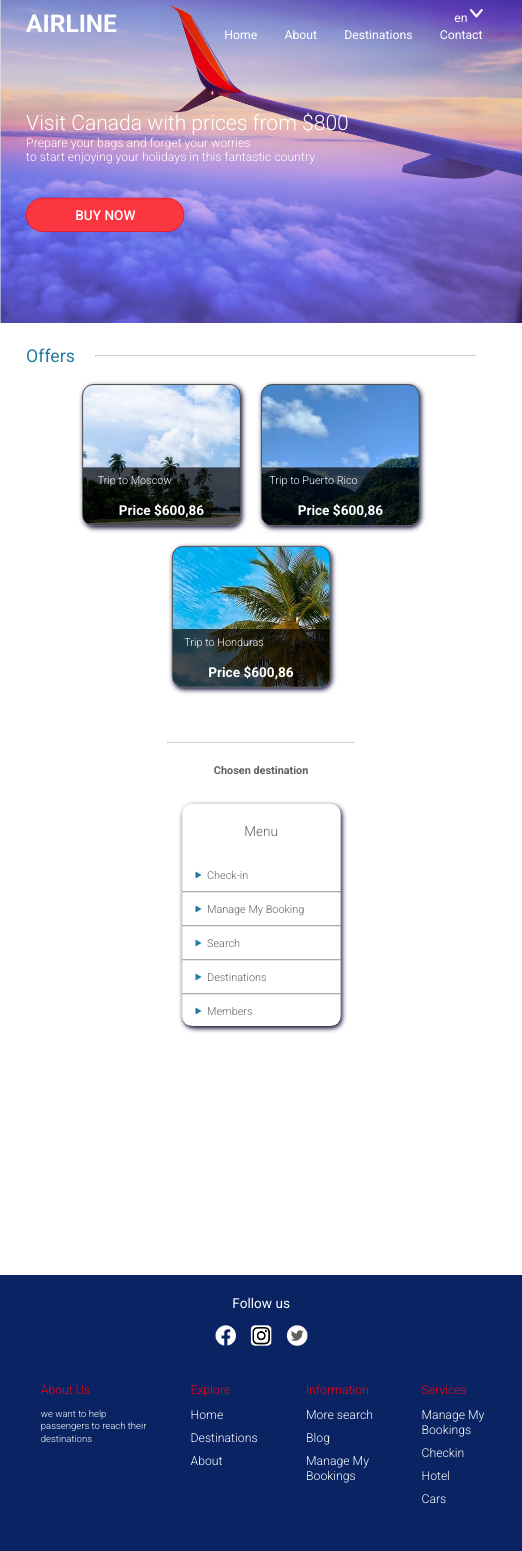
Repository: Cherced/AIRLINES
Page: /
An editor plug-in stored every save of this project. The page is shown before and after the next save, followed by the edit.
The browser window is 768 px wide. The pictures show the whole page, at 68% of full size.
The project was rebuilt for these pictures with package versions that can differ from the ones it lists, and the page was loaded fresh each time. The framework's server and built-in components were replaced by stand-ins that run in the browser. Also part of the build but not shown: components/atoms/BannerStaff/Modal/SelectIdioms.jsx.

Above is the page before, as saved 2022-07-11 13:40:15.

### pages/_app.js
import '../sass/global.scss'
import {MenuFloatContextProvider} from "../components/atoms/BannerStaff/FloatMenuContext"

// componente app, desde donde se instancian los demas componentes, infuenciado por un contexto de manejo de estado o fuente de verdad de el menu de idiomas

function MyApp({ Component, pageProps }) {
    return<MenuFloatContextProvider>
            <Component {...pageProps} />
          </MenuFloatContextProvider>
}

  export default MyApp

### sass/global.scss
@import "./settings";
@import "./Elements/banner";
@import "./Elements/offerts";
@import "./Elements/footer";

/* el proyecto usa el patron de diseño atomico, en ese mismo orden de ideas los
estilos estan dividios todos por componetes atomicos, y moleculas, por ultimos lanzados aqui en
la pagina principal que es la que se llamaria el organismo
*/

### components/molecules/Banner.jsx
import React from 'react'
import { Header } from '../atoms/BannerStaff/Header'
import { Promotion } from '../atoms/BannerStaff/Promotion'

// componente de tipo molecula en el que se implementan dos atomos para conformar el banner de la pagina

export const Banner = () => {
  return (
    <section className="banner">
        <Header/>
        <Promotion/>
    </section>
  )
}

### components/molecules/Offers.jsx
import React from 'react'
import {TripsOffer} from '../atoms/Offerts/TripsOffer'
import { Menu } from '../atoms/Offerts/Menu'

// componente de tipo molecula el cual agrupa la seccion principal de la pagina y en el se renderizan promos y demas

export const Offers = () => {
  return (
    <main className="offers__container">
    <div className="offers__textContainer" aria-label='Offers'>
        <h1 className="offers__textContainer--text" >Offers</h1> <hr className="offers__textContainer--titleLine" />
    </div>
    <section className="offers__section">
        <div className="offers__section--container" aria-label="container">
        <TripsOffer/>
        <hr className="offers__section--line"/>
        <h2 className="offers__section--title">Chosen destination</h2>
        </div>
        <Menu/>
    </section>
    </main>
  )
}

### components/molecules/Footer.jsx
import React from 'react'
import { SocialMedia } from '../atoms/Footer/SocialMedia'
import { MoreToUs } from '../atoms/Footer/MoreToUs'

//componente de tipo molecula que agrupa dos mas para conformar el footer de la aplicacion

export const Footer = () => {
  return (
    <footer className="Footer--Container">
        <SocialMedia/>
        <MoreToUs/>
    </footer>
  )
}

### components/atoms/BannerStaff/FloatMenu.jsx
import React from 'react'
import Link from 'next/link'
import { useMenuFloatContext} from './FloatMenuContext'


// componente de tipo atomo para el montaje de un menu que consta de las mismas 4 opciones de el nav original del hedeader, este esta abstraido de posicion y oculto sobre la pagina principal
// mediante un cambio de estado se desplaza de arriba hacia abajo
// se utiliza un patron de contexto o HOOK useContext, para comunicar la fuente de verdad... en este caso el estado del menu de idiomas


export const FloatMenu = () => {
    const {menu, setMenu} = useMenuFloatContext();
  return (
    <menu className={ menu? ("floatMenu--Container on"):("floatMenu--Container off")}>
        <nav className="floatMenu__nav">
        <button className="floatMenu--btn" onClick={() => setMenu(false)}>
            <img className="floatMenu--image" src="images/arrow-down.png" alt="arrowBack"/>
        </button>
            <ul className="floatMenu__list">
                <li className="floatMenu__list--item">
                <Link href="https://www.newshore.es/">
                    <a className="floatMenu__item--ancord">Home</a>
                </Link>
                    </li>
                <li className="floatMenu__list--item">
                <Link href="https://www.newshore.es/">
                    <a className="floatMenu__item--ancord">About</a>
                </Link>
                    </li>
                <li className="floatMenu__list--item">
                <Link href="https://www.newshore.es/">
                    <a className="floatMenu__item--ancord">Destinations</a>
                </Link>
                    </li>
                <li className="floatMenu__list--item">
                <Link href="https://www.newshore.es/">
                    <a className="floatMenu__item--ancord">Contact</a>
                </Link>
                </li>
            </ul>
        </nav>
    </menu>
  )
}

### sass/_settings.scss
//fonts:
@import url('https://fonts.googleapis.com/css2?family=Inter:wght@100;200;300;500;600;700;800;900&family=Roboto:ital,wght@0,100;0,300;0,400;0,500;0,700;0,900;1,100;1,300;1,400;1,500;1,700;1,900&display=swap');

$preSetFont: 'Roboto', sans-serif;

*{
    box-sizing: border-box;
    margin: 0;
    padding: 0;
}

// este es el archivo de configuracion.

### sass/Elements/_banner.scss
@import "../components/Banner/header";
@import "../components/Banner/floatMenu";
@import "../components/Banner/promotion";
@import "../components/Banner/modalIdioms";

.banner {
    height: 475px;
    width: 100%;
    background-image: url("../../public/images/plane.jpg");
    background-size: cover;
    background-repeat: no-repeat;
    display: flex;
    flex-direction: column;
    align-items: center;
}

.idioms--menu {
    margin-top: 7px;
    z-index: 3;
    position: absolute;
    left: calc(100% - 130px);
    display: flex;

    .arrowButton--Modal {
        background: transparent;
        border: none;
        text-align: left;
        font: normal normal 400 18px/22px Roboto;
        letter-spacing: 0px;
        color: #FFFFFF;
        opacity: 1;
    }

    .menu-image {
        width: 25px;
        height: 25px;
    }
    .menu-Btn{
        display: none;
    }



}

.onn {

    .arrowImg--Modal {
        width: 25px;
        height: 25px;
        transform: rotate(180deg);
        transition: all 0.5s ease-in;
    }

}


.offf {

    .arrowImg--Modal{
        width: 25px;
        height: 25px;
        transform: rotate(-360deg);
        transition: all 0.5s ease-in;
    }

}

@media screen and (max-width: 768px) {
    .idioms--menu{
        left: calc(100% - 100px);
    }
}


@media screen and (max-width: 540px) {
    .idioms--menu{
        margin-top: 15px;
        left: calc(100% - 100px);
        .menu-Btn{
            display: block;
            margin-left: 15px;
            background: transparent;
            border: none;
        }

    }
}


@media screen and (max-width: 425px) {
    .idioms--menu{
        left: calc(100% - 100px);
    }
}

### sass/components/Banner/_floatMenu.scss
// estilos para el menu mobile

.floatMenu--Container {
    width: 100%;
    height: 100vh;
    z-index: 10;

    .floatMenu__nav {
        background: #FB3640;
        width: 100%;
        height: 100%;

        .floatMenu--btn {
            width: 45px;
            height: 45px;
            position: absolute;
            margin-top: 40px;
            left: calc(100% - 80px);
            background: transparent;
            text-align: left;
            font-family: "Roboto", sans-serif;
            font-size: 31px;
            font-weight: 300;
            letter-spacing: 0px;
            opacity: 1;
            color: white;
            border-radius: 60px;
            display: flex;
            align-items: center;
            justify-content: center;

            .floatMenu--image {
                width: 30px;
                height: 30px;
                transform: rotate(-90deg);
            }
        }

        .floatMenu__list {
            display: flex;
            flex-direction: column;
            align-items: center;
            list-style: none;
            width: 100%;
            height: 100%;
            justify-content: space-evenly;

            .floatMenu__list--item {
                width: 100%;
                height: 50px;
                display: flex;
                align-items: center;
                justify-content: center;

                .floatMenu__item--ancord {
                    text-decoration: none;
                    text-align: left;
                    font-family: "Roboto", sans-serif;
                    font-size: 31px;
                    font-weight: 300;
                    letter-spacing: 0px;
                    opacity: 1;
                    color: white;
                }

                a:hover {
                    border-bottom: 2px solid white;
                }
            }
        }
    }

}

.off {
    position: absolute;
    top: -1200px;
    transition: all 1s ease-in
}

.on {
    position: absolute;
    top: 0;
    transition: all 1s ease-in
}

@media screen and (min-width: 550px) {
    .floatMenu--Container {
        display: none;
    }
}

### sass/components/Banner/_modalIdioms.scss
//estilos para el modal de idiomas

.Modal__Idioms {
    background-color: rgba(0, 0, 0, 0.5);
    display: flex;
    justify-content: center;
    align-items: center;
    box-shadow: 0px 10px 10px rgba(0, 0, 0, 8.5);
    position: fixed;
    top: -10px;
    left: -10px;
    right: -10px;
    bottom: -10px;

    .Modal__List {
        position: absolute;
        top: 55px;
        left: calc(100% - 260px);
        width: 145px;
        height: 110px;
        background: white;
        display: flex;
        flex-direction: column;
        align-items: center;
        justify-content: center;
        list-style: none;
        text-align: left;
        border-radius: 15px;
        box-shadow: 2px 3px 8px #000029;

        .Modal__List--item {
            width: 80%;
            text-align: left;
            font: normal normal normal 18px/22px Roboto;
            letter-spacing: 0px;
            color: #247BA0;
            opacity: 1;
            padding: 5px 0;
        }
    }
}

@media screen and (max-width: 768px) {
    .Modal__Idioms{
        .Modal__List{
            left: calc(100% - 225px);
        }
    }
}


@media screen and (max-width: 425px) {
    .Modal__Idioms{
        .Modal__List{
            left: calc(100% - 190px);
        }
    }
}

### sass/Elements/_offerts.scss
@import "../components/Offers/menuAside";
@import "../components/Offers/tripsOffer";

.offers__container {
    width: 100%;
    height: 525px;
    display: flex;
    flex-direction: column;
    align-items: center;
    justify-content: flex-start;

    .offers__textContainer {
        padding-top: 45px;
        width: 90%;
        height: 50px;
        display: flex;
        align-items: center;

        .offers__textContainer--text {
            color: #247BA0;
            text-align: left;
            font: normal normal 400 26px/32px Roboto;
            letter-spacing: 0px;
            color: #247BA0;
            opacity: 1;
        }

        .offers__textContainer--titleLine {
            margin: 0 30px;
            width: 90%;
        }
    }

    .offers__section {
        width: 90%;
        display: flex;
        flex-wrap: wrap;
        justify-content: space-between;
        margin-top: 40px;

        .offers__section--container {
            display: flex;
            flex-direction: column;
            align-items: center;
            justify-content: center;
            align-content: center;



            .offers__section--line {
                width: 40%;
                margin: 10px 0 30px;
            }

            .offers__section--title {
                text-align: left;
                font: normal normal bold 16px/19px Roboto;
                letter-spacing: 0px;
                color: #605F5E;
                opacity: 1;
                margin-bottom: 40px;
            }


        }
    }
}

@media screen and (min-width: 2500px) {
    .offers__container {
        .offers__section {
            width: 70%;
        }
    }
}

@media screen and (max-width: 1140px) {
    .offers__container {
        height: 830px;

        .offers__section {
            flex-direction: column;
            align-items: center;
        }
    }
}


@media screen and (max-width: 865px) {
    .offers__container {
        height: 1400px;
    }
}

### sass/components/Offers/_menuAside.scss
//estilos de menu en main offerts

.menu {
    width: 233px;
    height: 327px;
    display: flex;
    box-shadow: 2px 3px 8px #000029;
    flex-direction: column;
    align-items: center;
    justify-content: space-evenly;
    border-radius: 15px;

    .menu--title {
        text-align: left;
        font: normal normal 300 20px/24px Roboto;
        letter-spacing: 0px;
        color: #605F5E;
        opacity: 1;
    }

    #menu__nav li:nth-child(5) {
        border-radius: 15px;
    }

    .menu__nav--list {
        list-style-type: disclosure-closed;
        list-style-position: inside;
        color: #247BA0;
        width: 115%;
        height: 219px;
        display: flex;
        flex-direction: column;
        align-items: center;
        padding-right: 34px;

        .menu__nav--item {
            width: 100%;
            padding: 15px 20px;
            border-bottom: 0.5px solid #605F5E;

            .menu__item--ancords {
                text-decoration: none;
                text-align: left;
                font: normal normal 300 16px/19px Roboto;
                letter-spacing: 0px;
                color: #605F5E;
                opacity: 1;
            }
        }
    }
}

### sass/components/Offers/_tripsOffer.scss
//estilos de carrusel de muestra de destinos

.cards {
    display: flex;
    margin-bottom: 70px;
    flex-wrap: wrap;

    .cards__nav--button {
        border-radius: 60px;
        background: transparent;
        border: none;
        cursor: pointer;
        margin-right: 30px;
        width: 233px;
        height: 208px;
    }

    .cards__nav {
        width: 100%;

        .cards__nav--list {
            list-style: none;

            .cards__nav--info {
                position: relative;
                height: 123px;
                top: -2px;
                background: rgba(0, 0, 0, 0.6784313725) 0% 0% no-repeat padding-box;
                border-radius: 15px 15px 0px 0px;
                opacity: 0;
                display: flex;
                flex-direction: column;
                align-items: center;
                justify-content: center;

                .cards__info--parragraph {
                    text-align: left;
                    font: normal normal 300 16px/19px Roboto;
                    letter-spacing: 0px;
                    color: #FFFFFF;
                    opacity: 1;
                    padding: 0 8px;
                }
            }

            .offInfo {
                opacity: 0;
                transform: translateY(100px);
                transition: all 3s ease-in-out;
            }

            .onInfo {
                opacity: 1;
                transform: translateY(0);
                transition: all 2s ease-in-out;
            }

            .cards__nav--item {
                position: relative;
                height: 85px;
                top: -2px;
                background: rgba(0, 0, 0, 0.6784313725) 0% 0% no-repeat padding-box;
                border-radius: 0px 0px 15px 15px;
                opacity: 1;
                display: flex;
                flex-direction: column;
                align-items: center;

                .cards__item--destiny {
                    text-align: left;
                    font: normal normal 300 16px/19px Roboto;
                    letter-spacing: 0px;
                    color: #FFFFFF;
                    opacity: 1;
                    padding-top: 10px;
                    padding-right: 89px;
                    padding-left: 10px;
                }
            }

            .cards__nav--price {
                position: relative;
                top: -35px;

                .cards__item--price {
                    text-align: left;
                    font: normal normal bold 20px/24px Roboto;
                    letter-spacing: 0px;
                    color: #FFFFFF;
                    opacity: 1;
                }
            }
        }
    }

    .moscow {
        background-image: url("../../../public/images/moscow.jpg");
        border: 1px solid black;
        box-shadow: 2px 3px 8px #000029;
        opacity: 1;
        width: 100%;
        height: 100%;
        border-radius: 16px;
        object-fit: cover;
        z-index: -1;
    }

    .puertoRico {
        background-image: url("../../../public/images/puerto-rico.jpg");
        border: 1px solid black;
        box-shadow: 2px 3px 8px #000029;
        opacity: 1;
        width: 100%;
        height: 100%;
        border-radius: 16px;
        object-fit: cover;
        z-index: -1;
    }

    .honduras {
        background-image: url("../../../public/images/honduras.jpg");
        border: 1px solid black;
        box-shadow: 2px 3px 8px #000029;
        opacity: 1;
        width: 100%;
        height: 100%;
        border-radius: 16px;
        object-fit: cover;
        z-index: -1;
    }
}

@media screen and (max-width: 870px) {
    .cards {
        display: flex;
        margin-bottom: 40px;
        flex-wrap: wrap;
        justify-content: center;

        .cards__nav--button {
            margin-right: 30px;
            margin-bottom: 30px;
        }

        .cards__nav {
            display: flex;
            flex-wrap: wrap;
            flex-direction: column;

        }
    }

}


@media screen and (max-width: 500px) {
    .cards {
        display: flex;
        margin-bottom: 40px;
        flex-wrap: wrap;
        justify-content: center;

        .cards__nav--button {
            margin-right: 0;
            margin-bottom: 30px;
        }

        .cards__nav {
            display: flex;
            flex-wrap: wrap;
            flex-direction: column;

        }
    }




}

### sass/Elements/_footer.scss
@import "../components/Footer/socialMedia";
@import "../components/Footer/moreToUs";

.Footer--Container{
    width: 100%;
    height: 406px;
    background: #0A2463;
}

@media screen and (max-width: 640px) {
    .Footer--Container{
        height: 850px;
    }
}
@media screen and (max-width: 425px) {
    .Footer--Container{
        height: 850px;
    }
}

### sass/components/Footer/_socialMedia.scss
//estilos de el apartado de redes sociales

.socialMedia {
    display: flex;
    flex-direction: column;
    width: 100%;
    align-items: center;
    justify-content: center;

    .socialMedia--title {
        margin-top: 30px;
        text-align: left;
        font: normal normal 400 20px/24px Roboto;
        letter-spacing: 0px;
        color: #FFFFFF;
        opacity: 1;
    }

    .socialMedia__list {
        margin-top: 20px;
        display: flex;
        width: 180px;
        justify-content: space-evenly;
        list-style-type: none;

        .socialMedia__imagen {
            width: 30px;
            height: 30px;
        }
    }
}

@media screen and (max-width: 425px) {
    .socialMedia {
        margin-bottom: 20px;
    }
}

### components/atoms/BannerStaff/Header.jsx
import React from 'react'
import Link from 'next/link'

// esste es un componente de tipo atomo, que consta del titulo y el elemento de navegacion de la pagina

export const Header = () => {
  return (
    <header className="header">
        <h1 className="header--title">AIRLINE</h1>
        <nav className="header__nav">
            <ul className="header__nav--list">
                <li className="header__list--item">
                <Link href="https://www.newshore.es/">
                  <a className="header__item--ancord">Home</a>
                </Link>
                  </li>
                <li className="header__list--item">
                <Link href="https://www.newshore.es/">
                  <a className="header__item--ancord">About</a>
                </Link>
                  </li>
                <li className="header__list--item">
                <Link href="https://www.newshore.es/">
                  <a className="header__item--ancord">Destinations</a>
                </Link>
                  </li>
                <li className="header__list--item">
                <Link href="https://www.newshore.es/">
                  <a className="header__item--ancord">Contact</a>
                </Link>
                  </li>
            </ul>
        </nav>
    </header>
  )
}

### components/atoms/BannerStaff/Promotion.jsx
import React from 'react'

// componente de tipo atomico, para mostrar promociones y interaccion de compra por medio de boton

export const Promotion = () => {
  return (
    <div className="promotions" aria-label="promotional card">
        <h1 className="promotions--title">Visit Canada with prices from $800</h1>
        <p className="promotions--parragraph">Prepare your bags and forget your worries</p>
        <p className="promotions--parragraph"> to start enjoying your holidays in this fantastic country</p>
        <button className="promotions--btn" type="button">BUY NOW</button>
    </div>
  )
}

### components/atoms/Offerts/Menu.jsx
import React from 'react'
import Link from 'next/link'

// componente atomico para renderizar un menu de interaccion con opciones, y logica relevante de la WebApp

export const Menu = () => {
  return (
    <aside className="menu">
        <h1 className="menu--title">Menu</h1>
        <nav className="menu__nav" id="menu__nav">
        <ul className="menu__nav--list">
            <li className="menu__nav--item">
            <Link href="https://www.newshore.es/">
              <a className="menu__item--ancords">Check-in</a>
            </Link>
              </li>
            <li className="menu__nav--item">
            <Link href="https://www.newshore.es/">
              <a className="menu__item--ancords">Manage My Booking</a>
            </Link>
              </li>
            <li className="menu__nav--item">
            <Link href="https://www.newshore.es/">
              <a className="menu__item--ancords">Search</a>
            </Link>
              </li>
            <li className="menu__nav--item">
            <Link href="https://www.newshore.es/">
              <a className="menu__item--ancords">Destinations</a>
              </Link>
              </li>
            <li className="menu__nav--item">
            <Link href="https://www.newshore.es/">
              <a className="menu__item--ancords">Members</a>
            </Link>
              </li>
        </ul>
        </nav>
    </aside>
  )
}

### components/atoms/Footer/SocialMedia.jsx
import React from 'react'
import Link from 'next/link'

// componente atomio para la renderizacion de redesociales desde un elemento de lista

export const SocialMedia = () => {
  return (
    <nav className="socialMedia">
        <h1 className="socialMedia--title">Follow us</h1>
        <ul className="socialMedia__list">
          <li className="socialMedia--item">
          <Link href="https://www.newshore.es/">
          <a className="socialMedia__item--ancord">
          <img className="socialMedia__imagen" src="/images/facebook.png" alt="facebook" />
          </a>
          </Link>
          </li>
          <li className="socialMedia--item">
          <Link href="https://www.newshore.es/">
          <a className="socialMedia__item--ancord">
          <img className="socialMedia__imagen" src="/images/instagram.png" alt="instagram" />
          </a>
          </Link>
          </li>
          <li className="socialMedia--item">
          <Link href="https://www.newshore.es/">
          <a className="socialMedia__item--ancord">
          <img className="socialMedia__imagen" src="/images/twitter.png" alt="tweiter" />
          </a>
          </Link>
          </li>
        </ul>
    </nav>
  )
}

Loaded but not shown: pages/index.js (42 lines, source omitted); pages/_document.js (25 lines, source omitted); components/atoms/BannerStaff/Modal/ModalPortal.js (15 lines, source omitted); components/atoms/BannerStaff/FloatMenuContext.js (23 lines, source omitted); sass/components/Banner/_promotion.scss (192 lines, source omitted); sass/components/Banner/_header.scss (153 lines, source omitted); components/atoms/Footer/MoreToUs.jsx (87 lines, source omitted); components/atoms/Offerts/TripsOffer.jsx (79 lines, source omitted); sass/components/Footer/_moreToUs.scss (121 lines, source omitted)

After the next save:
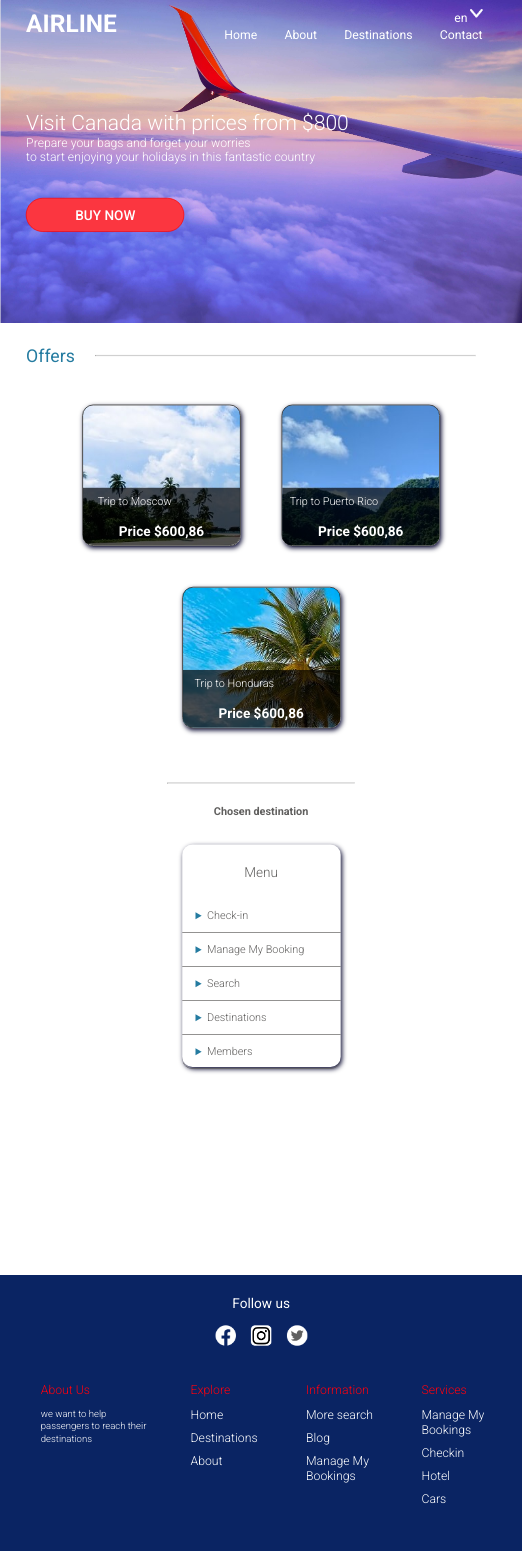
Saved 57 s later.
--- a/sass/components/Offers/_tripsOffer.scss
+++ b/sass/components/Offers/_tripsOffer.scss
@@ -138,8 +138,7 @@
         justify-content: center;
 
         .cards__nav--button {
-            margin-right: 30px;
-            margin-bottom: 30px;
+           margin: 30px;
         }
 
         .cards__nav {
